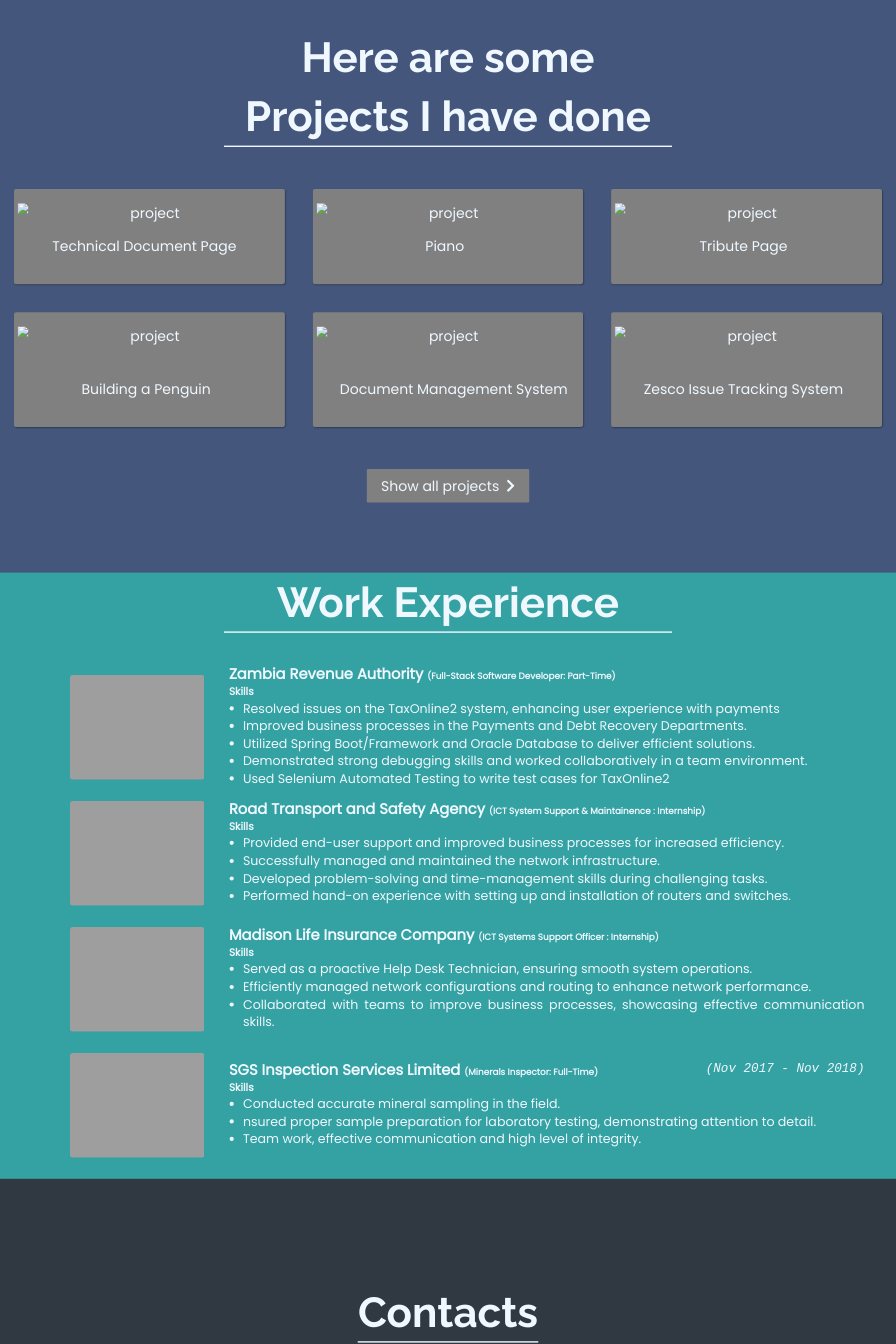
Repository: Lungdjos/personal_portifolio
Page: html/index.html
These files come from the project's save history. The page is drawn as it stood at one moment and after the next save; the edit follows.
The browser window is 1280 px wide. The pictures show the part of the page from y = 780 to 2700 px (the page is 3144 px tall), at 70% of full size.
Pictures or frames that could not be fetched are drawn as grey boxes. Some web libraries are served in a nearby version.

Above is the page before, as saved 2024-02-04 02:44:16.

After the next save:
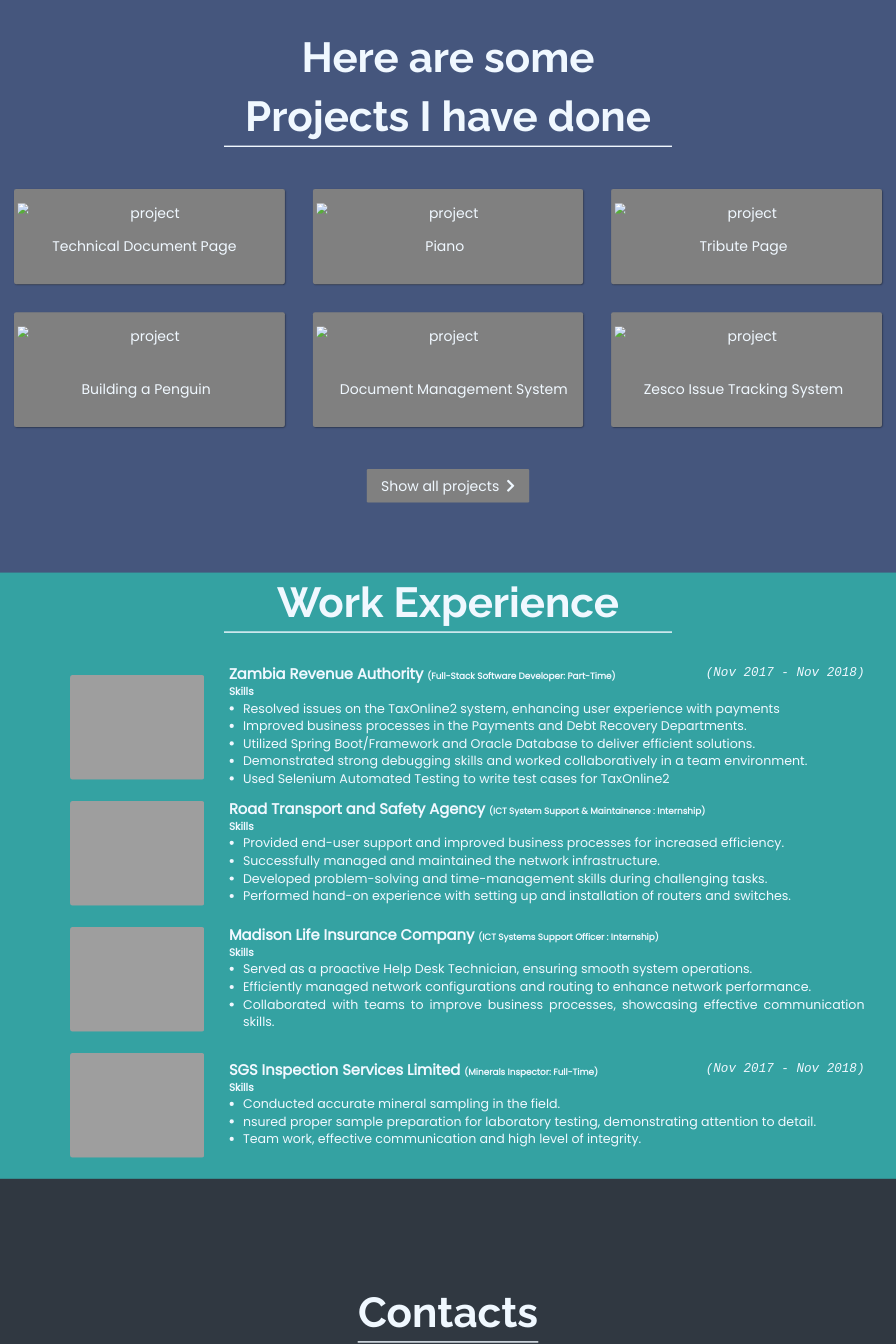
Saved 33 s later.
--- a/html/index.html
+++ b/html/index.html
@@ -100,6 +100,7 @@
                 <div class="experience">
                     <div class="title-exp">
                         <h3>Zambia Revenue Authority <small>(Full-Stack Software Developer: Part-Time)</small></h3>
+                        <code>(Nov 2017 - Nov 2018)</code>
                     </div>
 
                     <h5 class="skills">Skills</h5>
